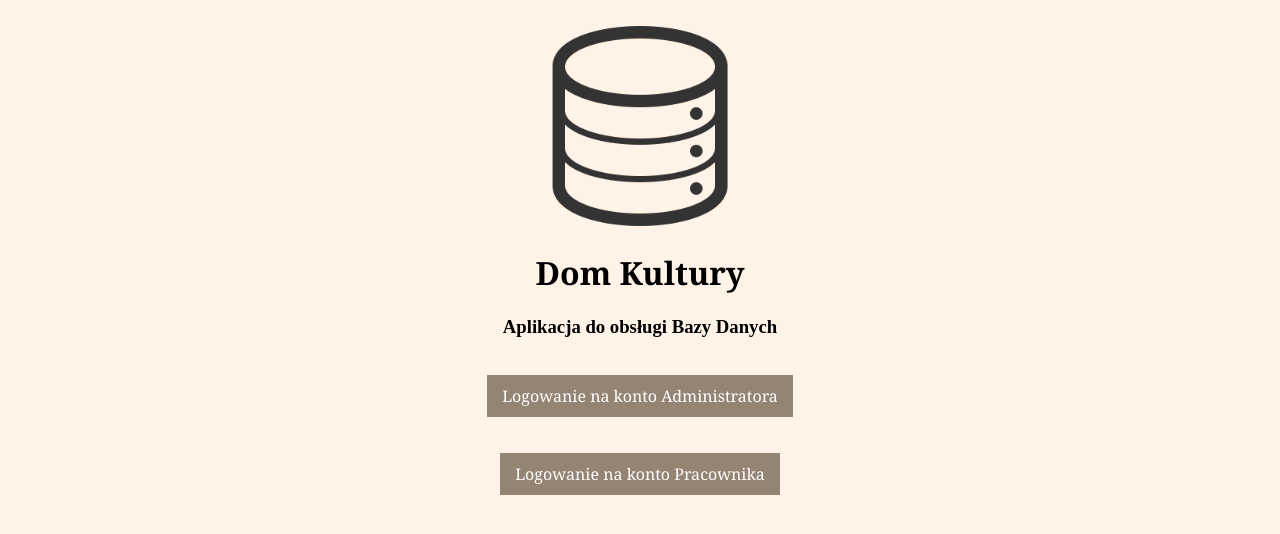
Repository: marcinRuta/houseOfCulture-crud-webapp-database
Page: http://localhost/index
An editor plug-in stored every save of this project. The page is shown before and after the next save, followed by the edit.
The browser window is 1280 px wide. The pictures show the whole page.
The page is this project's Thymeleaf template; nobody is signed in. The template is opened directly, without the code that normally fills it, so the values that code supplies are empty.

Above is the page before, as saved 2021-01-11 11:49:09.

After the next save:
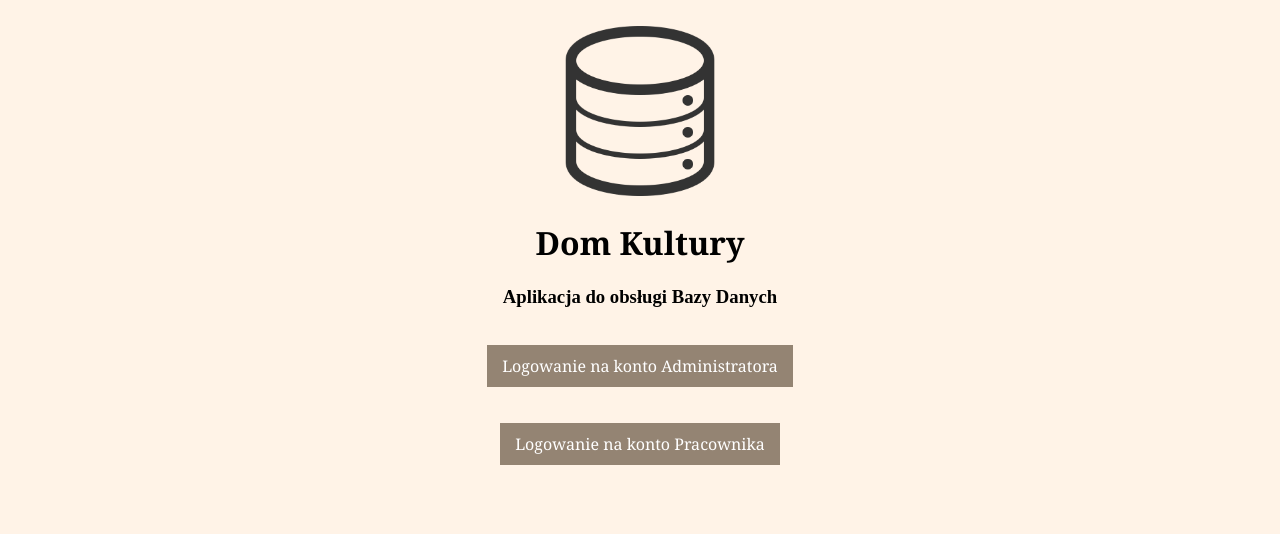
Saved 34 s later.
--- a/DomKultury/src/main/resources/templates/index.html
+++ b/DomKultury/src/main/resources/templates/index.html
@@ -15,7 +15,7 @@
 	<div align="center">
 
 	<br/>
-	<img src="../static/images/logo.png" th:src="@{/images/logo.png}" width="200" height="200">
+	<img src="../static/images/logo.png" th:src="@{/images/logo.png}" width="170" height="170">
 
 		<!--  Page header  -->
 		<h1>Dom Kultury</h1>
